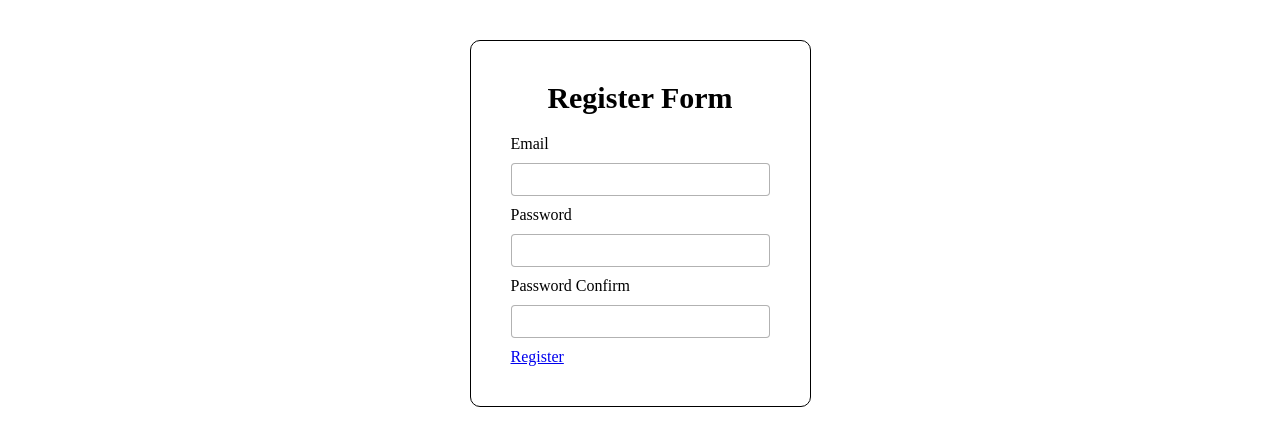
Repository: nptg3105/Register-form
Page: index.html
The author's editor kept a copy of each file at every save. The page is drawn from the files as they stood at one save, then again after the next save.
The browser window is 1280 px wide. The pictures show the whole page.
Some web libraries are served in a nearby version.

Above is the page before, as saved 2022-01-05 21:53:18.

After the next save:
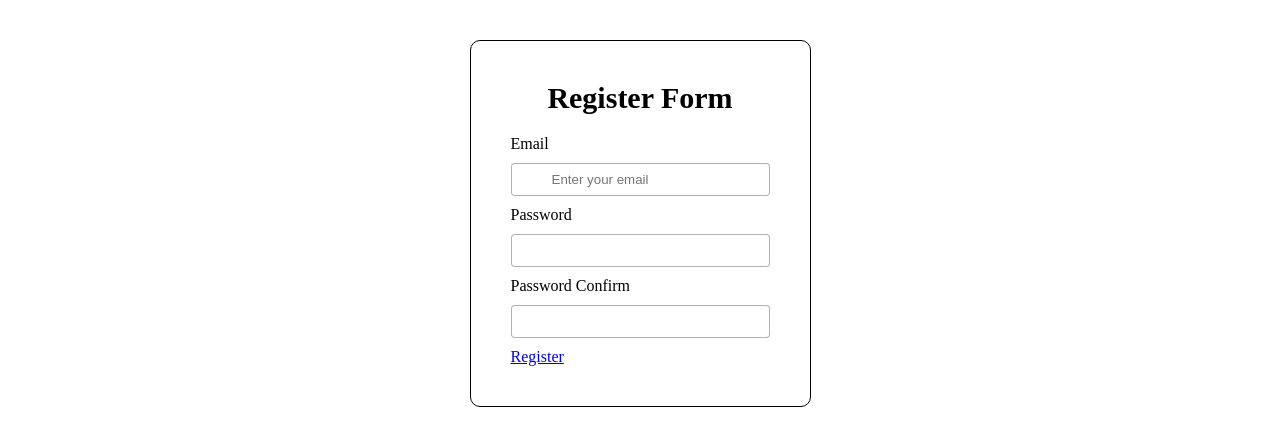
Saved 82 s later.
--- a/main.js
+++ b/main.js
@@ -5,7 +5,12 @@ const form = (
     <form>
       <label for="email">Email</label>
       <br />
-      <input type="email" id="email" name="mail" />
+      <input
+        placeholder="Enter your email"
+        type="email"
+        id="email"
+        name="mail"
+      />
       <br />
       <label for="password">Password</label>
       <br />
